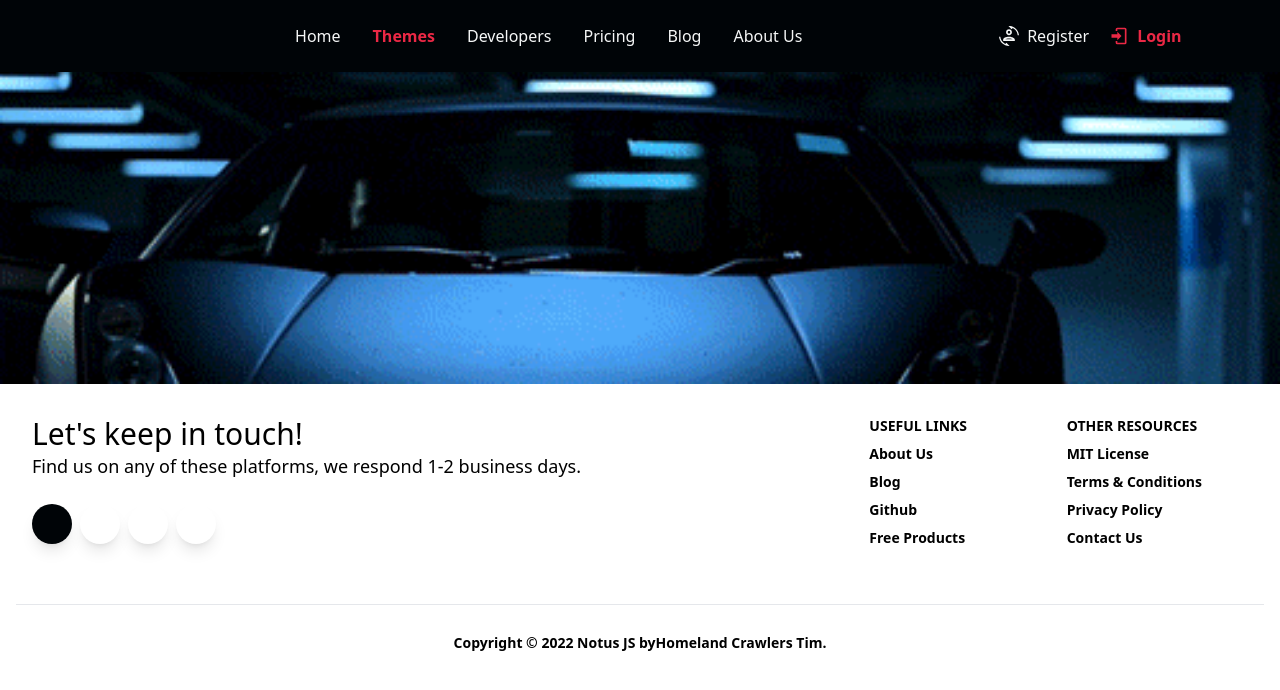
Repository: ghrabla/SVG-Statistics-React-Nest-Typescript
Page: / (app in client/)
These files come from the project's save history. The page is drawn as it stood at one moment and after the next save; the edit follows.
The browser window is 1280 px wide. The pictures show the whole page.
The project was rebuilt for these pictures with package versions that can differ from the ones it lists, and the page was loaded fresh each time. Also part of the build but not shown: client/src/Admin/LoginAdmin.js, client/src/users/LoginUser.js, client/src/users/Register.js.

Above is the page before, as saved 2022-12-01 11:56:19.

### client/src/App.js
import './App.css';
import Home from "./pages/Home";
import LoginAdmin from "./Admin/LoginAdmin"
import LoginUser from "./users/LoginUser";
import Register from "./users/Register";
import { Routes, Route } from "react-router-dom";




function App() {
  return (
    <>
    <Routes>
    <Route path="/" element={<Home />} />
    <Route path="/LoginAdmin" element={<LoginAdmin />} />
    <Route path="/LoginUser" element={<LoginUser />} />
    <Route path="/Register" element={<Register />} />
    </Routes>
    </>
  );
}

export default App;

### client/src/pages/Home.js
import React from "react";
import Footer from '../components/Footer'
import NavBar from '../components/NavBar';

function Home() {
    return (
        <div>
        <div className='flex'>
       <NavBar/>
       </div>
       <img src="./public/assets/namx_voiture.gif" alt="" className="w-full h-96 object-cover"/>
       <div>
    <Footer/>
    </div>
       </div>

    )
}
export default Home;

### client/src/components/Footer.js
import React from "react";
function Footer(){
    return (
<footer class="relative bg-blueGray-200 pt-8 pb-6">
  <div class="container mx-auto px-4">
    <div class="flex flex-wrap text-left lg:text-left">
      <div class="w-full lg:w-6/12 px-4">
        <h4 class="text-3xl fonat-semibold text-blueGray-700">Let's keep in touch!</h4>
        <h5 class="text-lg mt-0 mb-2 text-blueGray-600">
          Find us on any of these platforms, we respond 1-2 business days.
        </h5>
        <div class="mt-6 lg:mb-0 mb-6">
          <button class="bg-[#000407] text-lightBlue-400 shadow-lg font-normal h-10 w-10 items-center justify-center align-center rounded-full outline-none focus:outline-none mr-2" type="button">
            <i class="fab fa-twitter"></i></button><button class="bg-white text-lightBlue-600 shadow-lg font-normal h-10 w-10 items-center justify-center align-center rounded-full outline-none focus:outline-none mr-2" type="button">
            <i class="fab fa-facebook-square"></i></button><button class="bg-white text-pink-400 shadow-lg font-normal h-10 w-10 items-center justify-center align-center rounded-full outline-none focus:outline-none mr-2" type="button">
            <i class="fab fa-dribbble"></i></button><button class="bg-white text-blueGray-800 shadow-lg font-normal h-10 w-10 items-center justify-center align-center rounded-full outline-none focus:outline-none mr-2" type="button">
            <i class="fab fa-github"></i>
          </button>
        </div>
      </div>
      <div class="w-full lg:w-6/12 px-4">
        <div class="flex flex-wrap items-top mb-6">
          <div class="w-full lg:w-4/12 px-4 ml-auto">
            <span class="block uppercase text-blueGray-500 text-sm font-semibold mb-2">Useful Links</span>
            <ul class="list-unstyled">
              <li>
                <a class="text-blueGray-600 hover:text-blueGray-800 font-semibold block pb-2 text-sm" href="https://www.creative-tim.com/presentation?ref=njs-profile">About Us</a>
              </li>
              <li>
                <a class="text-blueGray-600 hover:text-blueGray-800 font-semibold block pb-2 text-sm" href="https://blog.creative-tim.com?ref=njs-profile">Blog</a>
              </li>
              <li>
                <a class="text-blueGray-600 hover:text-blueGray-800 font-semibold block pb-2 text-sm" href="https://www.github.com/creativetimofficial?ref=njs-profile">Github</a>
              </li>
              <li>
                <a class="text-blueGray-600 hover:text-blueGray-800 font-semibold block pb-2 text-sm" href="https://www.creative-tim.com/bootstrap-themes/free?ref=njs-profile">Free Products</a>
              </li>
            </ul>
          </div>
          <div class="w-full lg:w-4/12 px-4">
            <span class="block uppercase text-blueGray-500 text-sm font-semibold mb-2">Other Resources</span>
            <ul class="list-unstyled">
              <li>
                <a class="text-blueGray-600 hover:text-blueGray-800 font-semibold block pb-2 text-sm" href="/">MIT License</a>
              </li>
              <li>
                <a class="text-blueGray-600 hover:text-blueGray-800 font-semibold block pb-2 text-sm" href="https://creative-tim.com/terms?ref=njs-profile">Terms &amp; Conditions</a>
              </li>
              <li>
                <a class="text-blueGray-600 hover:text-blueGray-800 font-semibold block pb-2 text-sm" href="https://creative-tim.com/privacy?ref=njs-profile">Privacy Policy</a>
              </li>
              <li>
                <a class="text-blueGray-600 hover:text-blueGray-800 font-semibold block pb-2 text-sm" href="https://creative-tim.com/contact-us?ref=njs-profile">Contact Us</a>
              </li>
            </ul>
          </div>
        </div>
      </div>
    </div>
    <hr class="my-6 border-blueGray-300"/>
    <div class="flex flex-wrap items-center md:justify-between justify-center">
      <div class="w-full md:w-4/12 px-4 mx-auto text-center">
        <div class="text-sm text-blueGray-500 font-semibold py-1">
          Copyright © <span id="get-current-year">2022</span>
          <a href="/" class="text-blueGray-500 hover:text-gray-800" > Notus JS by</a>
          <a href="/" class="text-blueGray-500 hover:text-blueGray-800">Homeland Crawlers Tim</a>.
        </div>
      </div>
    </div>
  </div>
</footer>
    );
}
export default Footer;

### client/src/components/NavBar.js
import React from "react";
function NavBar () {
    return (
<div>
<nav class="flex justify-around py-4 bg-[#000407]
backdrop-blur-md shadow-md w-full
fixed top-0 left-0 right-0 z-10">
<div class="flex items-center">

    <a class="cursor-pointer">
        <h3 class="text-2xl font-medium text-[#ea2845]">
            <img class="h-10 object-cover"
                src="/" alt="" />
        </h3>
    </a>
</div>
<div class="items-center hidden space-x-8 lg:flex">
    <a class="flex text-[#F5F7F7] hover:text-[#ea2845]
        cursor-pointer transition-colors duration-300">
        Home
    </a>

    <a class="flex text-[#F5F7F7]
        cursor-pointer transition-colors duration-300
        font-semibold text-[#ea2845]">
        Themes
    </a>

    <a class="flex text-[#F5F7F7] hover:text-[#ea2845]
        cursor-pointer transition-colors duration-300">
        Developers
    </a>

    <a class="flex text-[#F5F7F7] hover:text-[#ea2845]
        cursor-pointer transition-colors duration-300">
        Pricing
    </a>

    <a class="flex text-[#F5F7F7] hover:text-[#ea2845]
        cursor-pointer transition-colors duration-300">
        Blog
    </a>

    <a class="flex text-[#F5F7F7] hover:text-[#ea2845]
        cursor-pointer transition-colors duration-300">
        About Us
    </a>
</div>
<div class="flex items-center space-x-5">

    <a  href="/Register" class="flex text-[#F5F7F7] hover:text-[#ea2845]
        cursor-pointer transition-colors duration-300">

        <svg class="fill-current h-5 w-5 mr-2 mt-0.5"  version="1.1" width="24" height="24"
            viewBox="0 0 24 24">
            <path
                d="M12 0L11.34 .03L15.15 3.84L16.5 2.5C19.75 4.07 22.09 7.24 22.45 11H23.95C23.44 4.84 18.29 0 12 0M12 4C10.07 4 8.5 5.57 8.5 7.5C8.5 9.43 10.07 11 12 11C13.93 11 15.5 9.43 15.5 7.5C15.5 5.57 13.93 4 12 4M12 6C12.83 6 13.5 6.67 13.5 7.5C13.5 8.33 12.83 9 12 9C11.17 9 10.5 8.33 10.5 7.5C10.5 6.67 11.17 6 12 6M.05 13C.56 19.16 5.71 24 12 24L12.66 23.97L8.85 20.16L7.5 21.5C4.25 19.94 1.91 16.76 1.55 13H.05M12 13C8.13 13 5 14.57 5 16.5V18H19V16.5C19 14.57 15.87 13 12 13M12 15C14.11 15 15.61 15.53 16.39 16H7.61C8.39 15.53 9.89 15 12 15Z" />
        </svg>

        Register
    </a>
    <a href="/LoginUser" class="flex text-[#F5F7F7]
        cursor-pointer transition-colors duration-300
        font-semibold text-[#ea2845]">

        <svg class="fill-current h-5 w-5 mr-2 mt-0.5"  version="1.1" width="24" height="24"
            viewBox="0 0 24 24" >
            <path
                d="M10,17V14H3V10H10V7L15,12L10,17M10,2H19A2,2 0 0,1 21,4V20A2,2 0 0,1 19,22H10A2,2 0 0,1 8,20V18H10V20H19V4H10V6H8V4A2,2 0 0,1 10,2Z" />
        </svg>

        Login
    </a>
</div>
</nav>
</div>
    )
}
export default NavBar;

Loaded but not shown: client/public/index.html (common file); client/src/index.js (common file); client/src/index.css (common file); client/src/reportWebVitals.js (common file); client/tailwind.config.js (common file); client/src/App.css (no stored copy; drawn as an empty file)

After the next save:
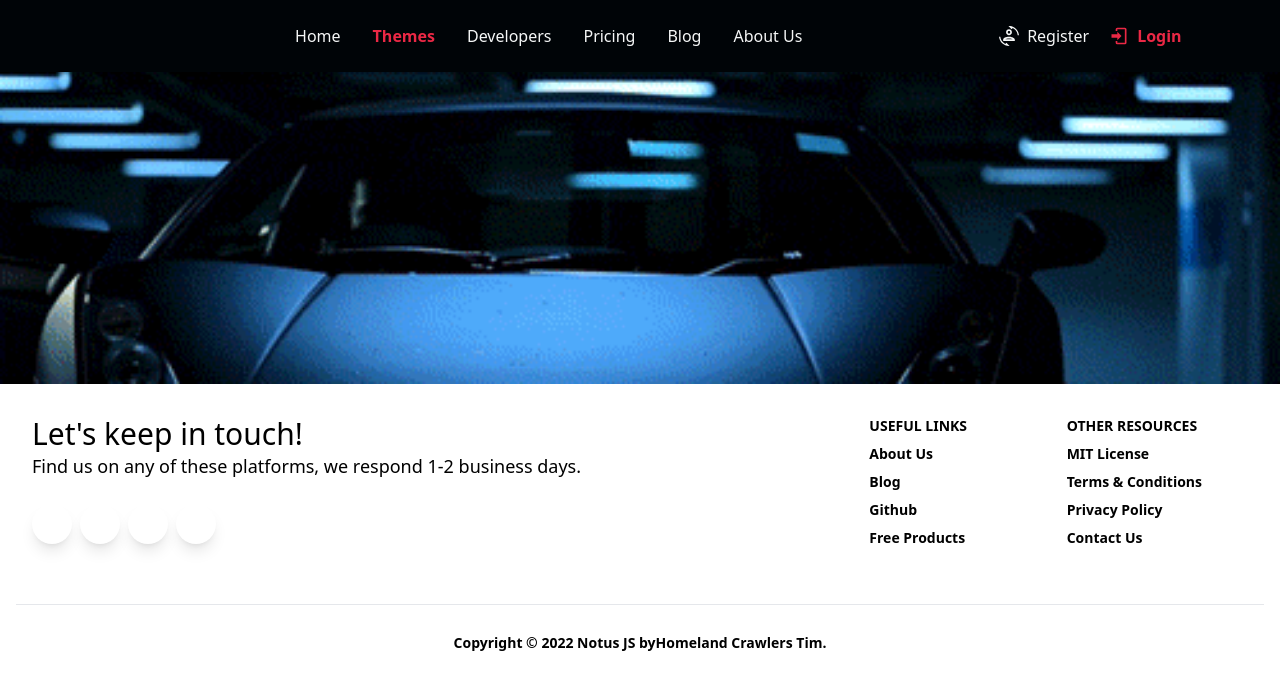
Saved 15 s later.
--- a/client/src/components/Footer.js
+++ b/client/src/components/Footer.js
@@ -10,7 +10,7 @@ function Footer(){
           Find us on any of these platforms, we respond 1-2 business days.
         </h5>
         <div class="mt-6 lg:mb-0 mb-6">
-          <button class="bg-[#000407] text-lightBlue-400 shadow-lg font-normal h-10 w-10 items-center justify-center align-center rounded-full outline-none focus:outline-none mr-2" type="button">
+          <button class="bg-white text-lightBlue-400 shadow-lg font-normal h-10 w-10 items-center justify-center align-center rounded-full outline-none focus:outline-none mr-2" type="button">
             <i class="fab fa-twitter"></i></button><button class="bg-white text-lightBlue-600 shadow-lg font-normal h-10 w-10 items-center justify-center align-center rounded-full outline-none focus:outline-none mr-2" type="button">
             <i class="fab fa-facebook-square"></i></button><button class="bg-white text-pink-400 shadow-lg font-normal h-10 w-10 items-center justify-center align-center rounded-full outline-none focus:outline-none mr-2" type="button">
             <i class="fab fa-dribbble"></i></button><button class="bg-white text-blueGray-800 shadow-lg font-normal h-10 w-10 items-center justify-center align-center rounded-full outline-none focus:outline-none mr-2" type="button">
